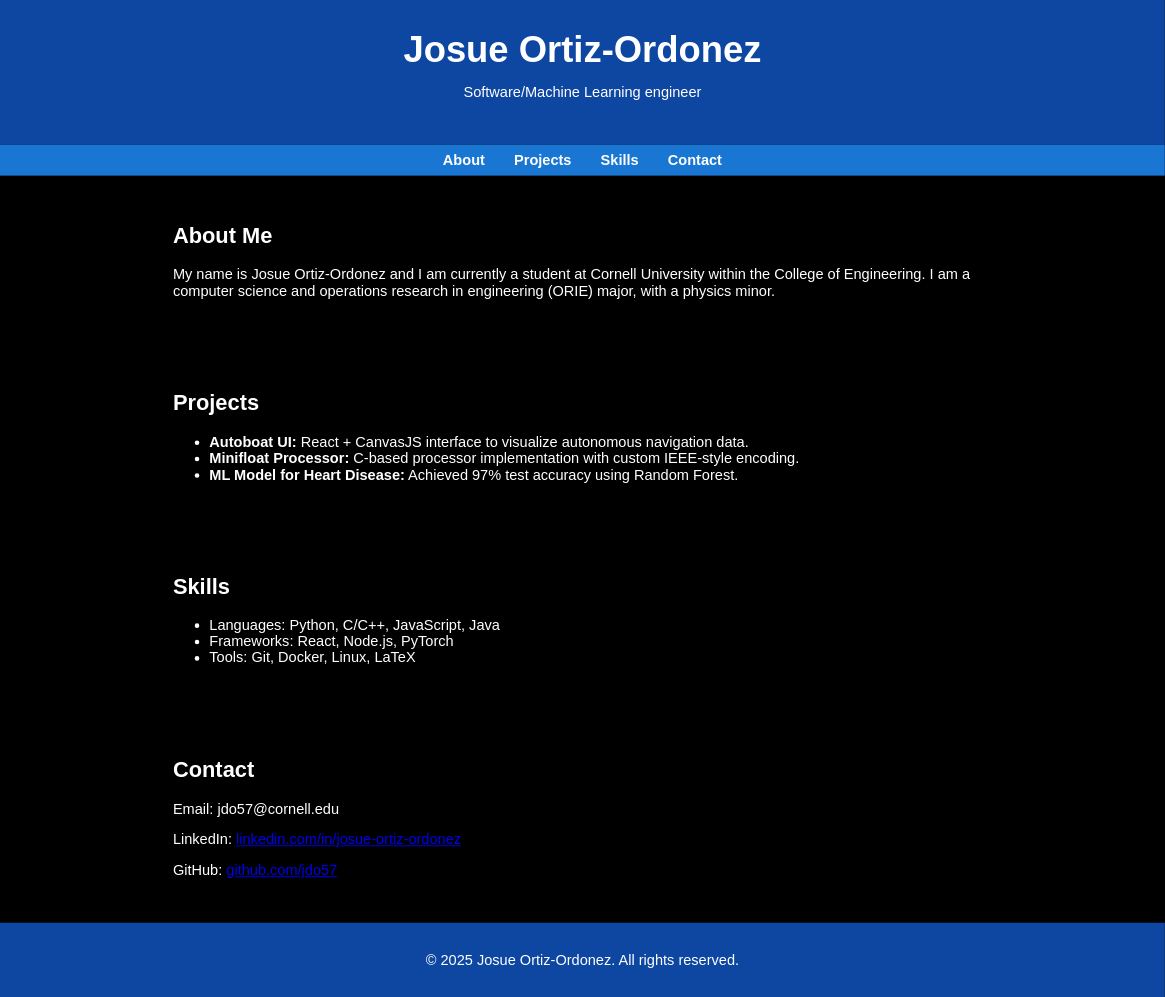
Repository: jdo57/Website
Page: index.html
An editor plug-in stored every save of this project. The page is shown before and after the next save, followed by the edit.
The browser window is 1280 px wide. The pictures show the whole page, at 91% of full size.

Above is the page before, as saved 2025-05-26 01:16:14.

### index.html
<!DOCTYPE html>
<html lang="en">
<head>
  <meta charset="UTF-8" />
  <meta name="viewport" content="width=device-width, initial-scale=1.0" />
  <title>Josue Ortiz-Ordonez | Portfolio</title>
  <style>
    :root {
      --primary-color: #0d47a1;
      --background-color: #000000;
      --text-color: #ffffff;
      --accent-color: #1976d2;
    }

    body {
      margin: 0;
      font-family: Arial, sans-serif;
      background-color: var(--background-color);
      color: var(--text-color);
    }

    header {
      background-color: var(--primary-color);
      padding: 2rem;
      text-align: center;
    }

    header h1 {
      margin: 0;
      font-size: 2.5rem;
    }

    nav {
      display: flex;
      justify-content: center;
      background-color: var(--accent-color);
      padding: 0.5rem;
    }

    nav a {
      margin: 0 1rem;
      color: white;
      text-decoration: none;
      font-weight: bold;
    }

    nav a:hover {
      text-decoration: underline;
    }

    section {
      padding: 2rem;
      max-width: 900px;
      margin: auto;
    }

    footer {
      background-color: var(--primary-color);
      color: white;
      text-align: center;
      padding: 1rem;
      position: relative;
    }
  </style>
</head>
<body>
  <header>
    <h1>Josue Ortiz-Ordonez</h1>
    <p>Software/Machine Learning engineer</p>
  </header>

  <nav>
    <a href="#about">About</a>
    <a href="#projects">Projects</a>
    <a href="#skills">Skills</a>
    <a href="#contact">Contact</a>
  </nav>

  <section id="about">
    <h2>About Me</h2>
    <p>
      My name is Josue Ortiz-Ordonez and I am currently a student at Cornell University within
      the College of Engineering. I am a computer science and operations research in engineering
      (ORIE) major, with a physics minor.
    </p>
  </section>

  <section id="projects">
    <h2>Projects</h2>
    <ul>
      <li><strong>Autoboat UI:</strong> React + CanvasJS interface to visualize autonomous navigation data.</li>
      <li><strong>Minifloat Processor:</strong> C-based processor implementation with custom IEEE-style encoding.</li>
      <li><strong>ML Model for Heart Disease:</strong> Achieved 97% test accuracy using Random Forest.</li>
    </ul>
  </section>

  <section id="skills">
    <h2>Skills</h2>
    <ul>
      <li>Languages: Python, C/C++, JavaScript, Java</li>
      <li>Frameworks: React, Node.js, PyTorch</li>
      <li>Tools: Git, Docker, Linux, LaTeX</li>
    </ul>
  </section>

  <section id="contact">
    <h2>Contact</h2>
    <p>Email: jdo57@cornell.edu</p>
    <p>LinkedIn: <a href="https://www.linkedin.com/in/josue-ortiz-ordonez/" target="_blank">linkedin.com/in/josue-ortiz-ordonez</a></p>
    <p>GitHub: <a href="https://github.com/jdo57" target="_blank">github.com/jdo57</a></p>
  </section>

  <footer>
    <p>&copy; 2025 Josue Ortiz-Ordonez. All rights reserved.</p>
  </footer>
</body>
</html>

After the next save:
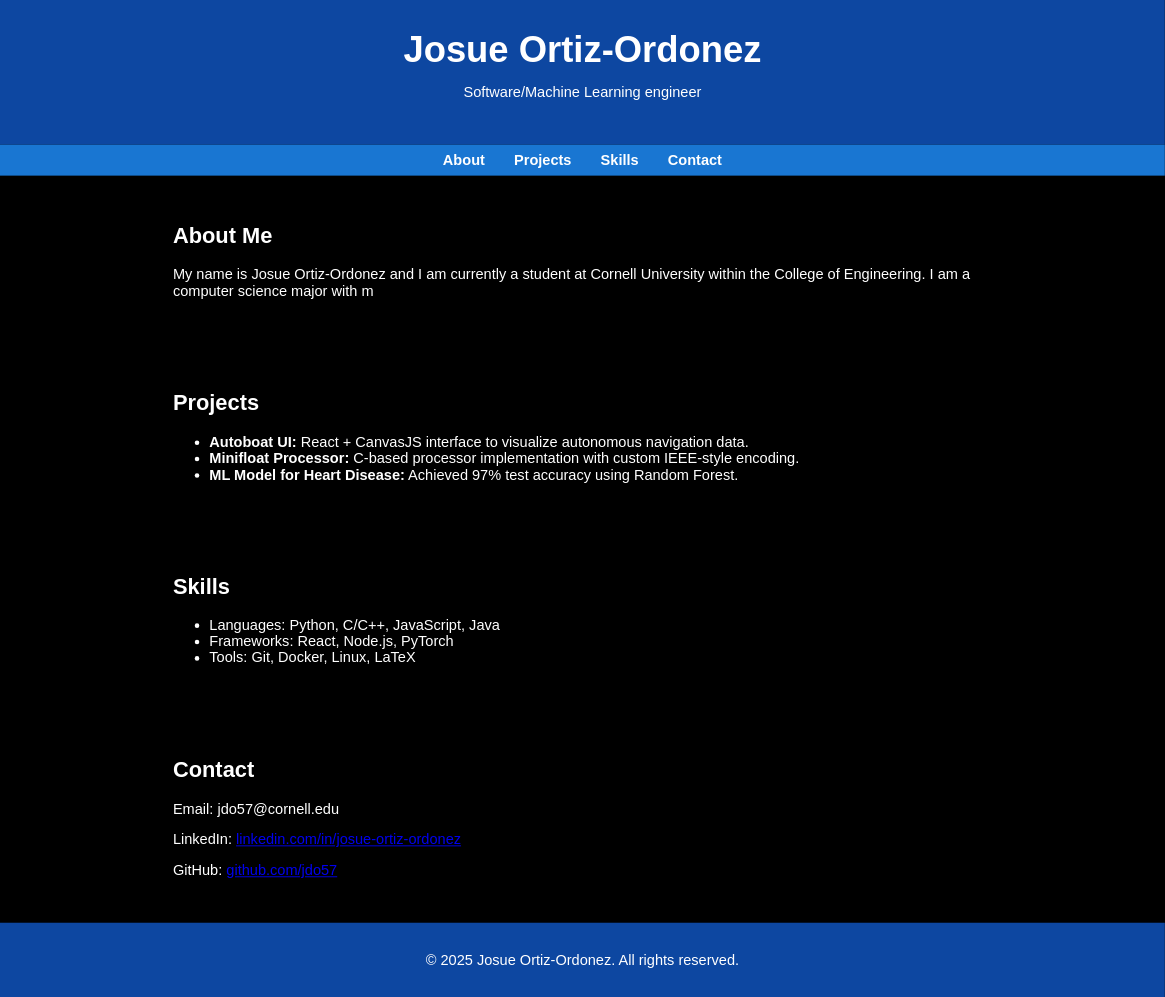
Saved 10 s later.
--- a/index.html
+++ b/index.html
@@ -80,8 +80,7 @@
     <h2>About Me</h2>
     <p>
       My name is Josue Ortiz-Ordonez and I am currently a student at Cornell University within
-      the College of Engineering. I am a computer science and operations research in engineering
-      (ORIE) major, with a physics minor.
+      the College of Engineering. I am a computer science major with m
     </p>
   </section>
 
